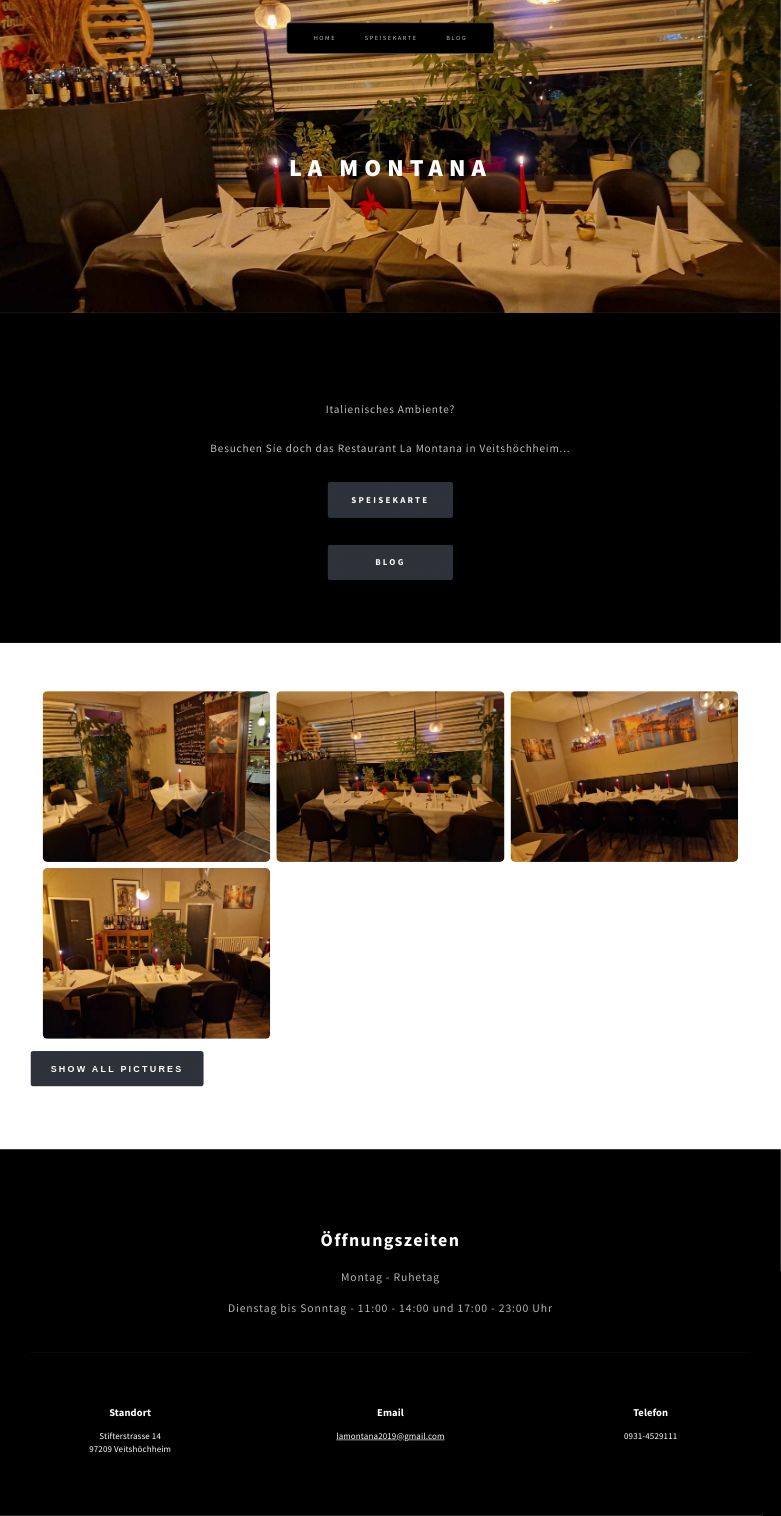
Repository: restaurantlamontana/restaurantlamontana.github.io
Page: index.html
The author's editor kept a copy of each file at every save. The page is drawn from the files as they stood at one save, then again after the next save.
The browser window is 1280 px wide. The pictures show the whole page, at 61% of full size.
After loading, the first visible `#show-more-btn` was clicked once.

Above is the page before, as saved 2024-07-15 12:22:47.

After the next save:
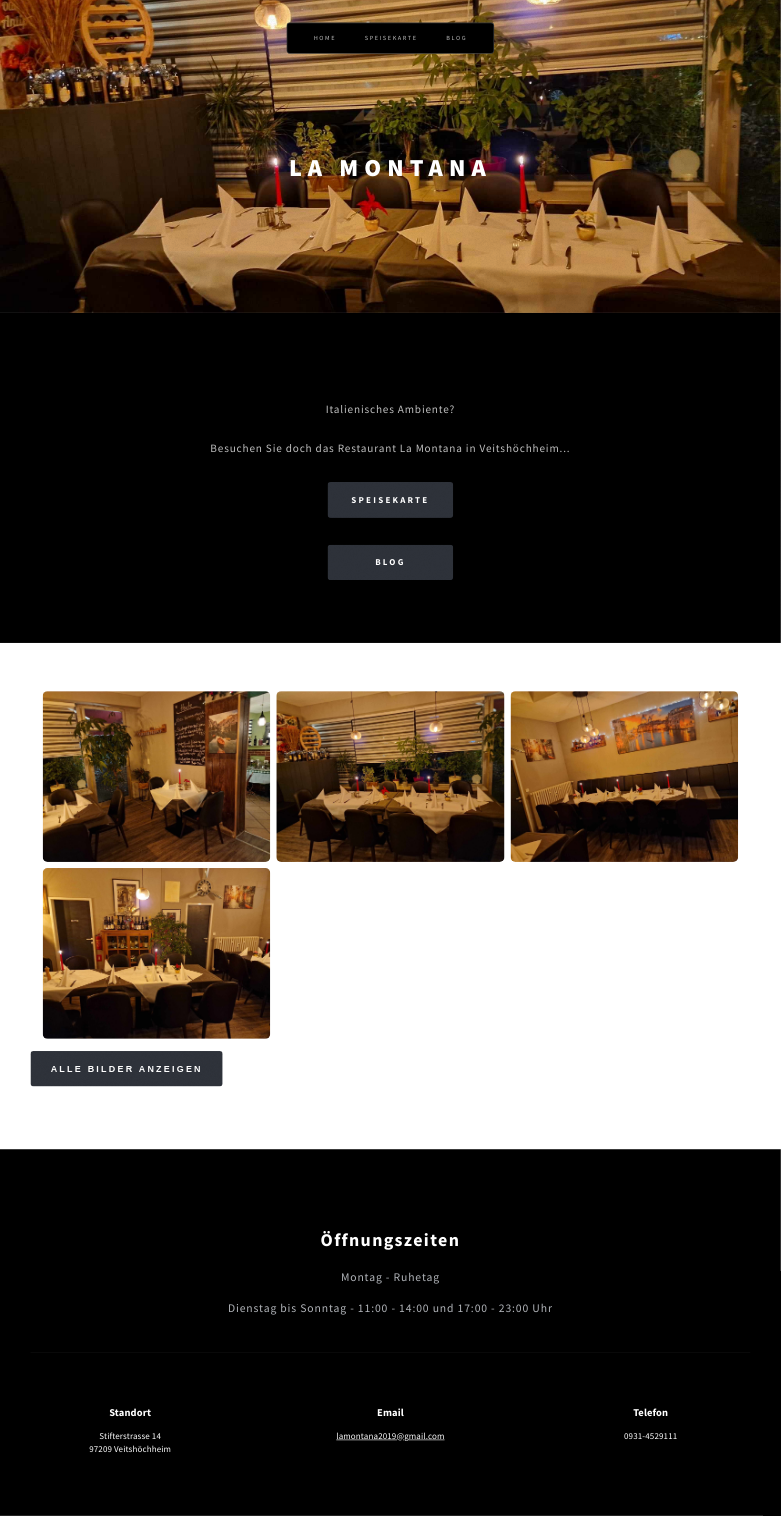
Saved 4 s later.
--- a/index.html
+++ b/index.html
@@ -135,7 +135,7 @@
           this.textContent =
             this.textContent === "Alle Bilder anzeigen"
               ? "Weniger Bilder anzeigen"
-              : "Show All Pictures";
+              : "Alle Bilder anzeigen";
         });
     </script>
   </body>
